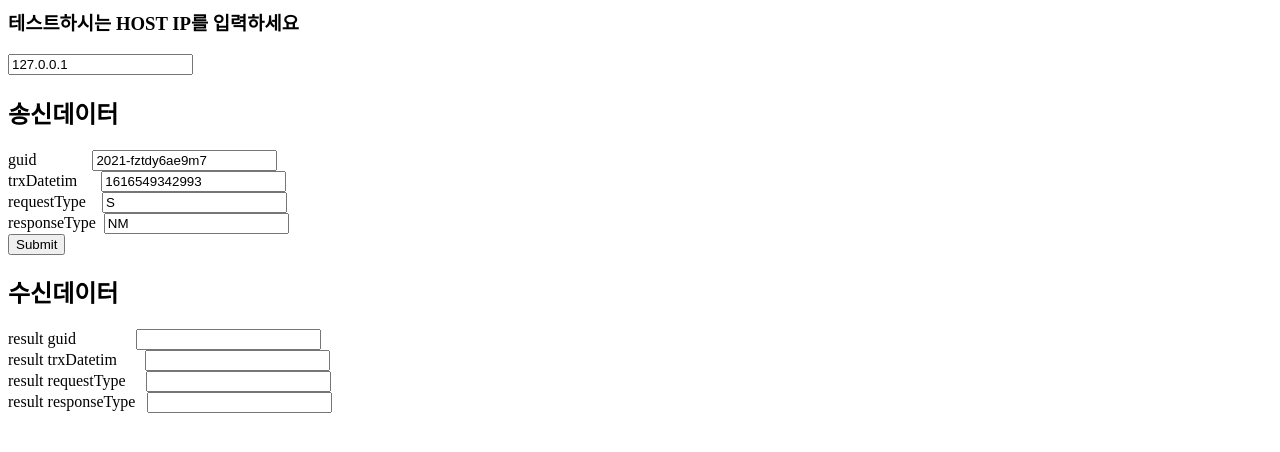
Repository: kchan75/kakaobank
Page: inserver/src/main/resources/static/index.html
An editor plug-in stored every save of this project. The page is shown before and after the next save, followed by the edit.
The browser window is 1280 px wide. The pictures show the whole page.

Above is the page before, as saved 2021-03-24 10:28:58.

After the next save:
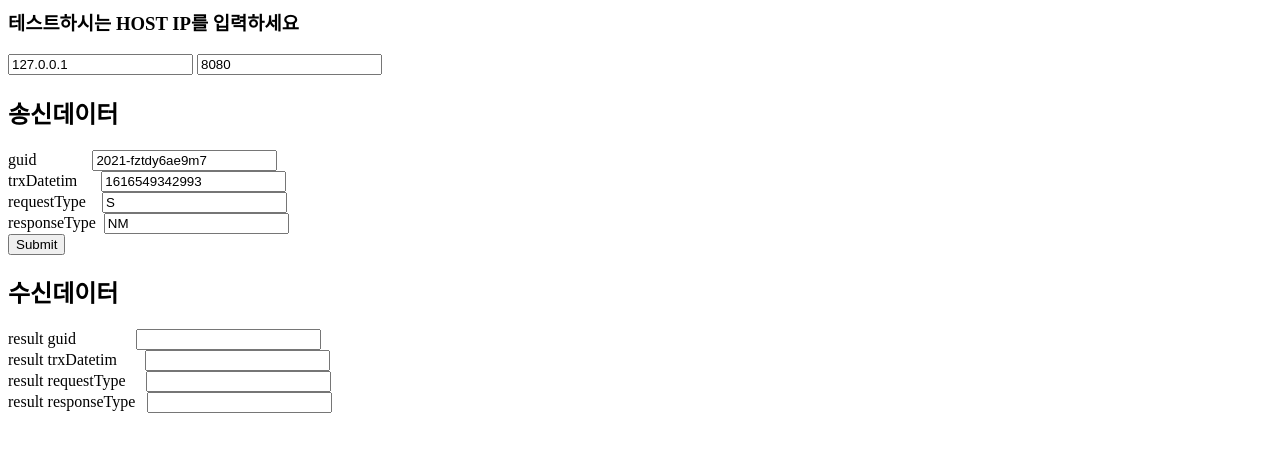
Saved 47 s later.
--- a/inserver/src/main/resources/static/index.html
+++ b/inserver/src/main/resources/static/index.html
@@ -13,6 +13,7 @@
 <body >
 	<h3>테스트하시는 HOST IP를 입력하세요</h3>
 	<input type="text" id="sendHost" value="127.0.0.1" />
+	<input type="text" id="sendPost" value="8080" />
 	<h2>송신데이터</h2>
 	<div id="sendCommon"></div>
 	<div id="sendbiz"></div>
